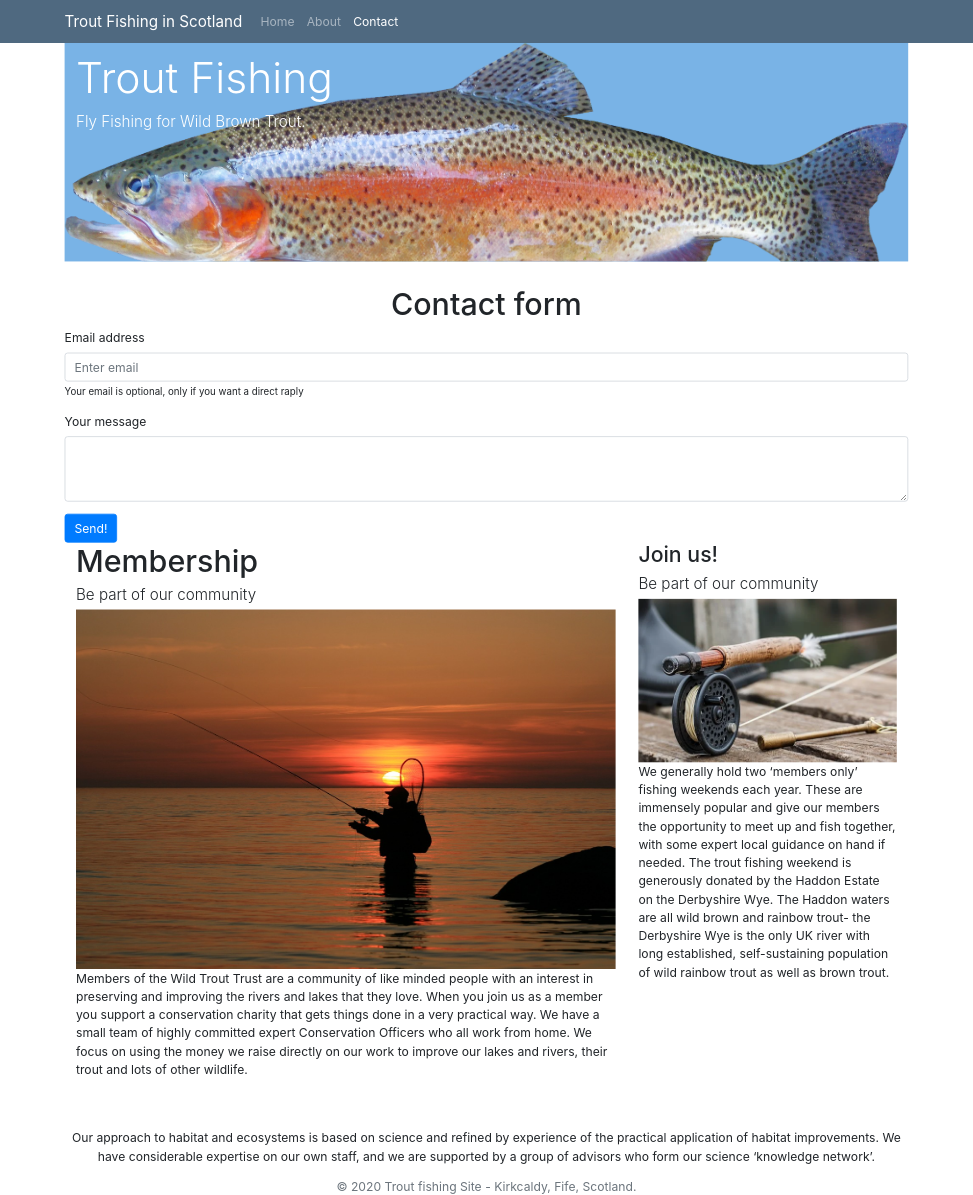
Repository: adrian9211/College_project
Page: contact.html
These files come from the project's save history. The page is drawn as it stood at one moment and after a run of saves; the edit follows.
The browser window is 1280 px wide. The pictures show the whole page, at 76% of full size.

Above is the page before, as saved 2020-11-04 09:42:58.

After the next 2 saves:
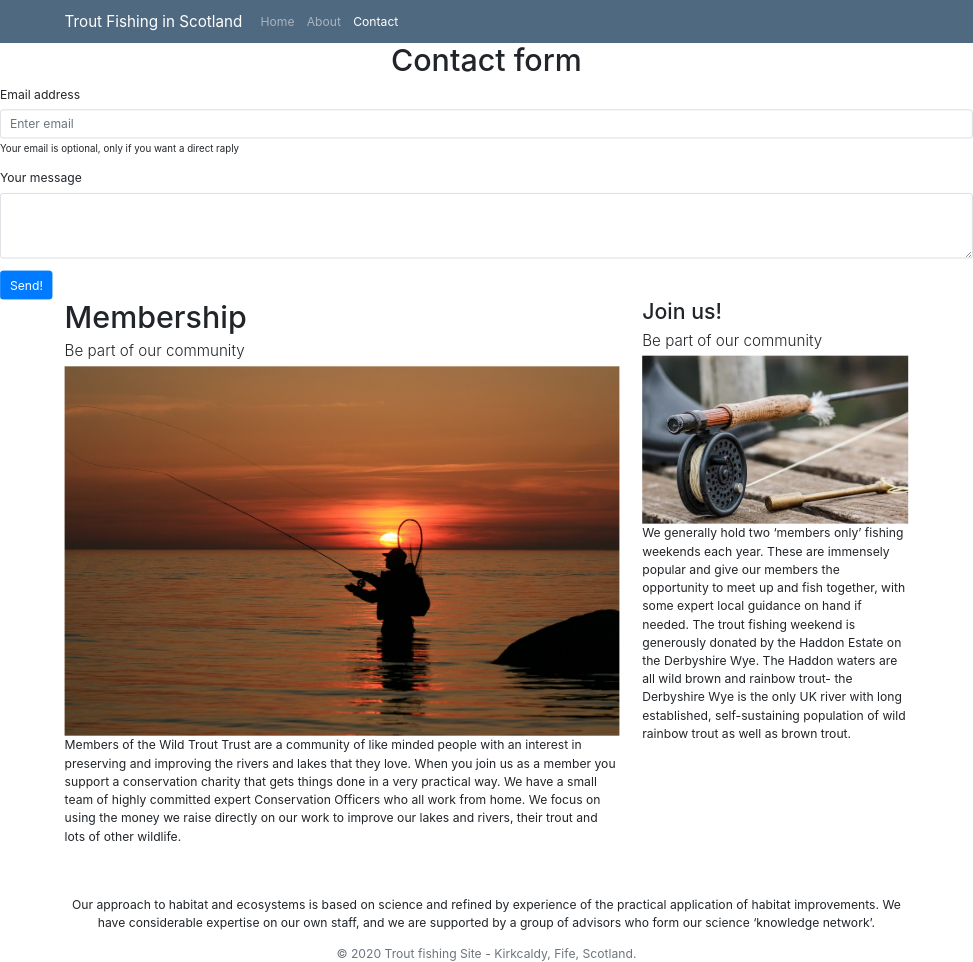
The 2 saves are shown as one change because they came seconds apart.
The last was saved 28 s later.
--- a/contact.html
+++ b/contact.html
@@ -35,15 +35,7 @@
         </div>
       </nav>
       <!-- Navigation  bar end -->
-      <!-- Jumbotron start -->
-      <div class="container">
-        <div class="jumbotron jumbotron-fluid">
-            <div class="container alt">
-              <h1 class="display-4">Trout Fishing</h1>
-              <p class="lead">Fly Fishing for Wild Brown Trout.</p>
-            </div>
-        </div>
-      <!-- Jumbotron end -->
+      <!--  -->
 
       <form action="mailto:adrian9211@gmail.com" method="POST" class="form">
         <h1 class="text-center">Contact form</h1>
